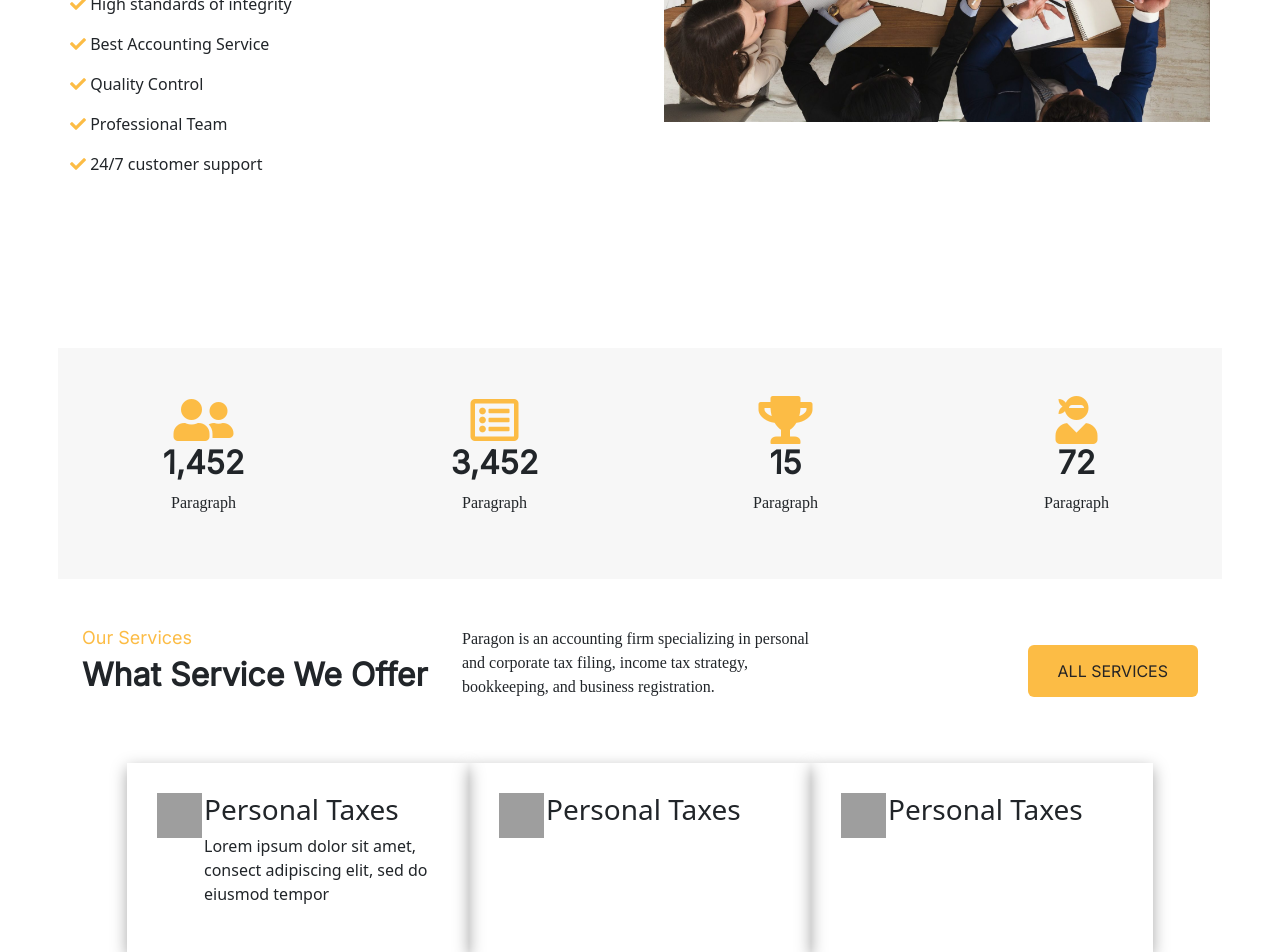
Repository: FailureMaster/paragonaccounting
Page: http://localhost/index.html
An editor plug-in stored every save of this project. The page is shown before and after a run of saves, followed by the edit.
The browser window is 1280 px wide. The pictures show the part of the page from y = 1285 to 2237 px (the page is 2237 px tall).
Pictures or frames that could not be fetched are drawn as grey boxes. Some web fonts or font styles are not loaded; a fallback is used. The page is run by PHP 8.4 with error messages shown; the project is at /var/www/html/.

Above is the page before, as saved 2022-12-21 00:43:05.

### index.html
<!DOCTYPE html>
<html lang="en">

<head>
    <meta charset="utf-8">
    <meta name="viewport" content="width=device-width, initial-scale=1.0, shrink-to-fit=no">
    <title>new paragon homepage</title>
    <link rel="stylesheet" href="assets/bootstrap/css/bootstrap.min.css">
    <link rel="stylesheet" href="https://fonts.googleapis.com/css?family=Heebo&amp;display=swap">
    <link rel="stylesheet" href="https://fonts.googleapis.com/css?family=Inter&amp;display=swap">
    <link rel="stylesheet" href="https://fonts.googleapis.com/css?family=Inter+Tight&amp;display=swap">
    <link rel="stylesheet" href="assets/fonts/fontawesome-all.min.css">
    <link rel="stylesheet" href="assets/css/Navbar-Centered-Links-icons.css">
    <link rel="stylesheet" href="assets/css/styles.css">
</head>

<body>
    <div class="text-white d-flex justify-content-between container position-relative" style="z-index: 3; height: 21px; padding: 10px; margin-bottom: 15px;">
        <span><i class="fas fa-clock" style="color: #FCBC45;"></i> &nbsp;Opening: Mon - Fri 08:00 - 17:00</span>
        <ul class="list-inline">
            <li class="list-inline-item"><i class="fab fa-facebook-f"></i> </li>
            <li class="list-inline-item"><i class="fab fa-twitter"></i></li>
            <li class="list-inline-item"><i class="fab fa-pinterest"></i></li>
            <li class="list-inline-item"><i class="fab fa-instagram"></i></li>
        </ul>
    </div>

    <nav class="navbar navbar-dark navbar-expand-lg" style="z-index: 2;">
        <div class="container">
            <a class="navbar-brand d-flex align-items-center" href="#"><span><img src="assets/img/paragon_logo.png" style="width: 167px;"></span></a><button data-bs-toggle="collapse" class="navbar-toggler" data-bs-target="#navcol-3"><span class="visually-hidden">Toggle navigation</span><span class="navbar-toggler-icon"></span></button>
            <div class="collapse navbar-collapse" id="navcol-3">
                <ul class="navbar-nav navbar-nav-scroll mx-auto par-header-menu">
                    <li class="nav-item"><a class="nav-link active" href="#" style="--bs-primary: #FCBC45;--bs-primary-rgb: 252,188,69;">Home</a></li>
                    <li class="nav-item"><a class="nav-link" href="#">Services</a></li>
                    <li class="nav-item"><a class="nav-link" href="#">Contact Us</a></li>
                    <li class="nav-item"><a class="nav-link" href="#">About</a></li>
                    <li class="nav-item"><a class="nav-link" href="#">Documents</a></li>
                    <li class="nav-item"><a class="nav-link" href="#">Upload Docuemnts</a></li>
                </ul><button class="btn btn-primary text-uppercase par-btn" type="button" style="border-style: none;"><i class="fas fa-phone-alt" style="font-size: 17px;"></i>&nbsp;call us</button>
            </div>
        </div>
    </nav>

    <section style="background-image: url(https://templatekit.jegtheme.com/acctual/wp-content/uploads/sites/58/2021/03/successful-business-team-looking-at-camera-in-office.jpg);background-position: center center;background-repeat: no-repeat;background-size: cover;margin-top: -140px;margin-bottom: 0px;padding: 380px 0px 250px 0px;z-index: 0;position: relative;">
        <div style="height: 100%;width: 100%;top: 0;left: 0;position: absolute;background-color: #121212;opacity: 0.70;transition: background 0.3s, border-radius 0.3s, opacity 0.3s;border-style: none;border-color: rgba(33,37,41,0);"></div>
        <div class="text-white d-flex flex-column align-items-center container position-relative">
            <h1 class="text-center par-banner-h1">We Provide Best Accounting&nbsp;</h1>
            <h1 class="text-center par-banner-h1">&amp; Tax Service For You<br></h1>
            <p class="text-center par-banner-p" style="width: 439px;">We offer a wide array of services to ensure that we provide you well-integratedfinancial solutions. We are your one-stop-shop for all financial services needs.</p>
            <div class="d-flex align-items-center hero">
                <button class="btn btn-primary par-btn text-uppercase" type="button" style="border-style: none; height: 64px; padding: 20px 40px;">get a quote</button>
                <a id="play-video" class="video-play-button" href="#">
                    <span></span>
                </a>
                <button class="btn btn-primary text-uppercase" type="button" style="background: rgba(13,110,253,0);border-style: none;">&nbsp;Watch video</button>
            </div>
        </div>
    </section>

    <section class="container" style="padding: 100px 0px 100px 0px;">
        <div class="row gx-5 gy-5 row-cols-1 row-cols-sm-1 row-cols-md-1 row-cols-lg-1 row-cols-xl-2 row-cols-xxl-2">
            <div class="col about-paragon">
                <h4 class="par-h4">About Paragon</h4>
                <h2 class="par-h2">We Have 10+ Years Of Experience In Accounting &amp; Tax Service</h2>
                <p class="par-p">Paragon is an accounting company that provides personal and corporate tax preparation, income tax planning, accounting/bookkeeping and incorporate/register a business.In tax services, we tend to take a constructive vs. reactive approach. We are able to recognize key tax preparation opportunities that minimize both the current and potential tax liabilities by staying up to date on new tax laws and regulations.</p>
                <ul>
                    <li><i aria-hidden="true" class="fas fa-check"></i> High standards of integrity</li>
                    <li><i aria-hidden="true" class="fas fa-check"></i> Best Accounting Service</li>
                    <li><i aria-hidden="true" class="fas fa-check"></i> Quality Control</li>
                    <li><i aria-hidden="true" class="fas fa-check"></i> Professional Team</li>
                    <li><i aria-hidden="true" class="fas fa-check"></i> 24/7 customer support</li>
                </ul>
            </div>
            <div class="col"><img src="assets/img/about%20image.jpg" style="width: 100%;"></div>
        </div>
    </section>
    <section class="container pt-5 pb-5">
        <div class="row gx-5 gy-0 py-5" style="background: #f7f7f7;">
            <div class="col text-center"><i class="fas fa-user-friends par-counting-icon"></i>
                <h2 class="par-h2">1,452</h2>
                <p class="par-p">Paragraph</p>
            </div>
            <div class="col text-center"><i class="far fa-list-alt par-counting-icon"></i>
                <h2 class="par-h2"><strong>3,452</strong></h2>
                <p class="par-p">Paragraph</p>
            </div>
            <div class="col text-center"><i class="fas fa-trophy par-counting-icon"></i>
                <h2 class="par-h2">15</h2>
                <p class="par-p">Paragraph</p>
            </div>
            <div class="col text-center"><i class="fas fa-user-ninja par-counting-icon"></i>
                <h2 class="par-h2">72</h2>
                <p class="par-p">Paragraph</p>
            </div>
        </div>
    </section>
    <section class="container">
        <div class="row mb-5">
            <div class="col">
                <h4 class="par-h4">Our Services</h4>
                <h2 class="par-h2">what service we offer</h2>
            </div>
            <div class="col">
                <p class="par-p">Paragon is an accounting firm specializing in personal and corporate tax filing, income tax strategy, bookkeeping, and business registration.</p>
            </div>
            <div class="col text-end align-self-center"><button class="btn btn-primary par-btn text-uppercase" type="button" style="border-style: none;">all services</button></div>
        </div>
        <div class="row justify-content-center service-offer">
            <div class="service-box">
                <div class="col-2" style="margin: 0px;">
                    <img src="https://templatekit.jegtheme.com/acctual/wp-content/uploads/sites/58/2021/03/personal.png" alt="Personal Taxes">
                </div>
                <div class="col-10">
                    <h3>Personal Taxes</h3>
                    <p>Lorem ipsum dolor sit amet, consect adipiscing elit, sed do eiusmod tempor</p>
                </div>
            </div>
            <div class="service-box">
                <div class="col-2">
                    <img src="https://templatekit.jegtheme.com/acctual/wp-content/uploads/sites/58/2021/03/personal.png" alt="Personal Taxes">
                </div>
                <div class="col-10">
                    <h3>Personal Taxes</h3>
                </div>
            </div>
            <div class="service-box">
                <div class="col-2">
                    <img src="https://templatekit.jegtheme.com/acctual/wp-content/uploads/sites/58/2021/03/personal.png" alt="Personal Taxes">
                </div>
                <div class="col-10">
                    <h3>Personal Taxes</h3>
                </div>
            </div>
        </div>
    </section>




    <script src="assets/bootstrap/js/bootstrap.min.js"></script>
</body>
</html>

### assets/css/Navbar-Centered-Links-icons.css
.bs-icon {
  --bs-icon-size: .75rem;
  display: flex;
  flex-shrink: 0;
  justify-content: center;
  align-items: center;
  font-size: var(--bs-icon-size);
  width: calc(var(--bs-icon-size) * 2);
  height: calc(var(--bs-icon-size) * 2);
  color: var(--bs-primary);
}

.bs-icon-xs {
  --bs-icon-size: 1rem;
  width: calc(var(--bs-icon-size) * 1.5);
  height: calc(var(--bs-icon-size) * 1.5);
}

.bs-icon-sm {
  --bs-icon-size: 1rem;
}

.bs-icon-md {
  --bs-icon-size: 1.5rem;
}

.bs-icon-lg {
  --bs-icon-size: 2rem;
}

.bs-icon-xl {
  --bs-icon-size: 2.5rem;
}

.bs-icon.bs-icon-primary {
  color: var(--bs-white);
  background: var(--bs-primary);
}

.bs-icon.bs-icon-primary-light {
  color: var(--bs-primary);
  background: rgba(var(--bs-primary-rgb), .2);
}

.bs-icon.bs-icon-semi-white {
  color: var(--bs-primary);
  background: rgba(255, 255, 255, .5);
}

.bs-icon.bs-icon-rounded {
  border-radius: .5rem;
}

.bs-icon.bs-icon-circle {
  border-radius: 50%;
}

### assets/css/styles.css
.par-header-menu {
  font-family: "Inter";
  font-size: 14px;
  font-weight: 500;
}

.par-header-menu a {
  padding: 0 18px;
  line-height: 1.3em;
  font-family: "Inter";
  font-size: 14px;
  font-weight: 500;
}

.par-banner-h1 {
  font-family: "Inter";
  font-size: 52px;
  font-weight: 600;
  line-height: 62.4px;
}

.par-banner-p {
  font-family: "Heebo";
  font-size: 16px;
  font-weight: 300;
  line-height: 24px;
}

.par-btn {
  color: #252425;
  background-color: #fcbc45;
  font-family: "Inter";
  font-weight: 500;
  font-size: 16px;
  padding: 14px 30px;
}

.par-h4 {
  color: #fcbc45;
  font-family: "Inter";
  font-size: 18px;
  font-weight: 500;
}

.par-h2 {
  font-family: "Inter";
  font-size: 32px;
  line-height: 38.4px;
  font-weight: 600;
  text-transform: capitalize;
}

.par-p {
  font-family: "Heebo";
  font-size: 16px;
  font-weight: 300;
  line-height: 24px;
}

.par-counting-icon {
  color: #fcbc45;
  font-size: 48px;
}

nav .container {
  background: rgb(122, 122, 122, 0.5);
  height: 84px;
  border-radius: 5px;
}

.play-video {
  height: 56px;
  width: 56px;
  align-items: center;
}

.play-video a {
  color: black;
}

.video-play-button {
  transform: translateX(-50%) translateY(-50%);
  box-sizing: content-box;
  display: inline-block;
  margin: 20px 10px 0px 60px;
  border-radius: 50%;
}

.video-play-button:before {
  content: "";
  position: absolute;
  z-index: 0;
  left: 50%;
  top: 50%;
  transform: translateX(-50%) translateY(-50%);
  display: block;
  width: 56px;
  height: 56px;
  background: gray;
  border-radius: 50%;
  animation: pulse-border 1500ms ease-out infinite;
}

.video-play-button:after {
  content: "";
  position: absolute;
  z-index: 1;
  left: 50%;
  top: 50%;
  transform: translateX(-50%) translateY(-50%);
  display: block;
  width: 56px;
  height: 56px;
  background: white;
  border-radius: 50%;
  transition: all 200ms;
}

.video-play-button:hover:after {
  background-color: #FCBC45;
}

.video-play-button img {
  position: relative;
  z-index: 3;
  max-width: 80%;
  width: auto;
  height: auto;
}

.video-play-button span {
  display: block;
  position: relative;
  z-index: 3;
  width: 0;
  height: 0;
  border-left: 18px solid black;
	border-top: 10px solid transparent;
	border-bottom: 10px solid transparent;
}

@keyframes pulse-border {
  0% {
    transform: translateX(-50%) translateY(-50%) translateZ(0) scale(1);
    opacity: 1;
  }
  100% {
    transform: translateX(-50%) translateY(-50%) translateZ(0) scale(1.5);
    opacity: 0;
  }
}

.about-paragon ul {
  padding: 0;

}

.about-paragon li {
  list-style: none;
  line-height: 2.5;
}

.about-paragon i {
  color: #FCBC45;
}

.service-offer .service-box {
  width: 30%;
  padding: 30px;
  justify-content: space-between;
  display: flex;
  box-shadow: rgba(0, 0, 0, 0.35) 0px 5px 15px;

}

.service-offer img {
  height: 45px;
  width: 45px;
}

Loaded but not shown: assets/bootstrap/css/bootstrap.min.css (library); assets/fonts/fontawesome-all.min.css (library); assets/bootstrap/js/bootstrap.min.js (library)

After the next 2 saves:
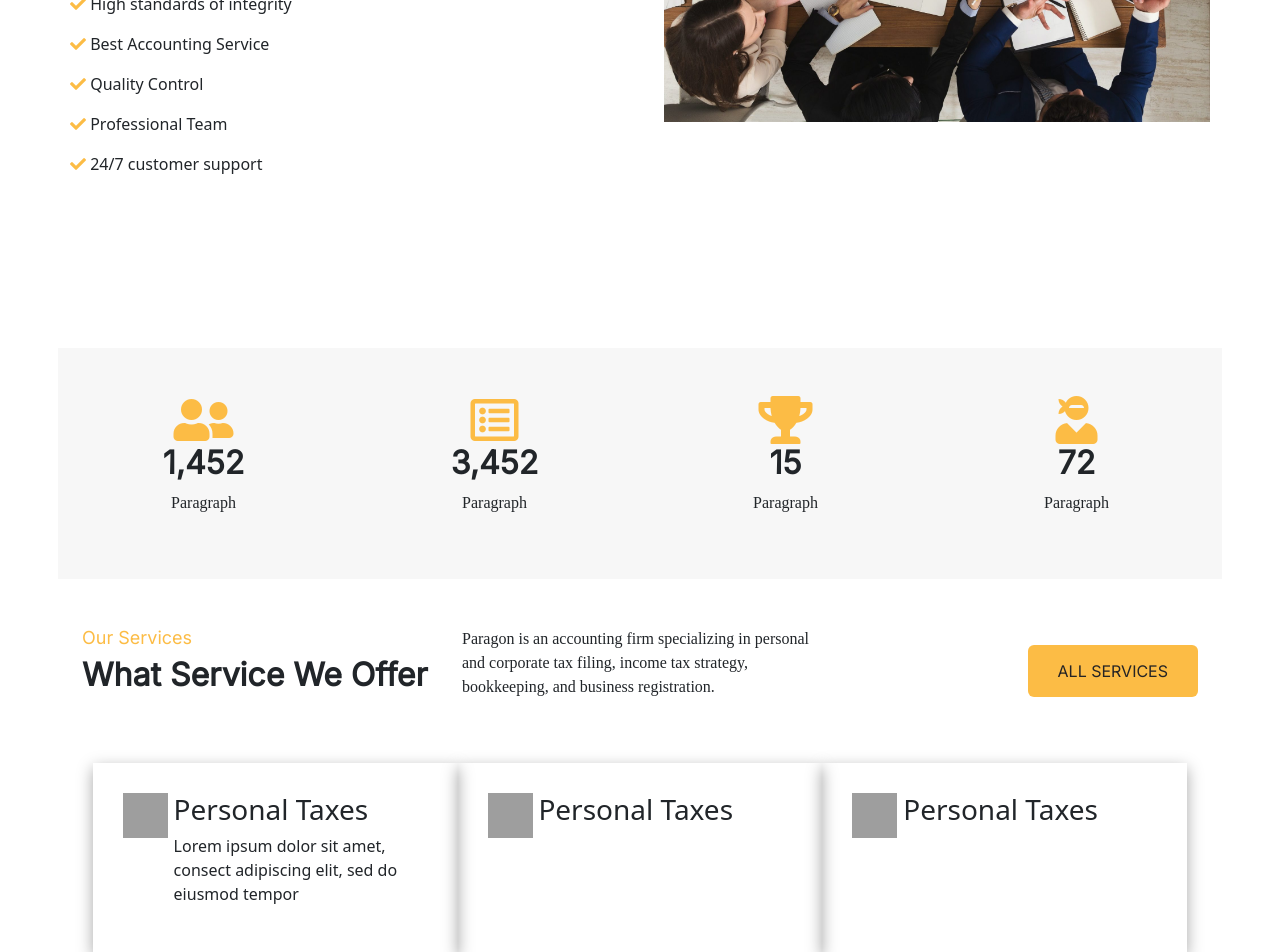
The 2 saves are shown as one change because they came seconds apart.
The last was saved 8 s later.
--- a/assets/css/styles.css
+++ b/assets/css/styles.css
@@ -165,9 +165,8 @@ nav .container {
 }
 
 .service-offer .service-box {
-  width: 30%;
+  width: 32%;
   padding: 30px;
-  justify-content: space-between;
   display: flex;
   box-shadow: rgba(0, 0, 0, 0.35) 0px 5px 15px;
 
